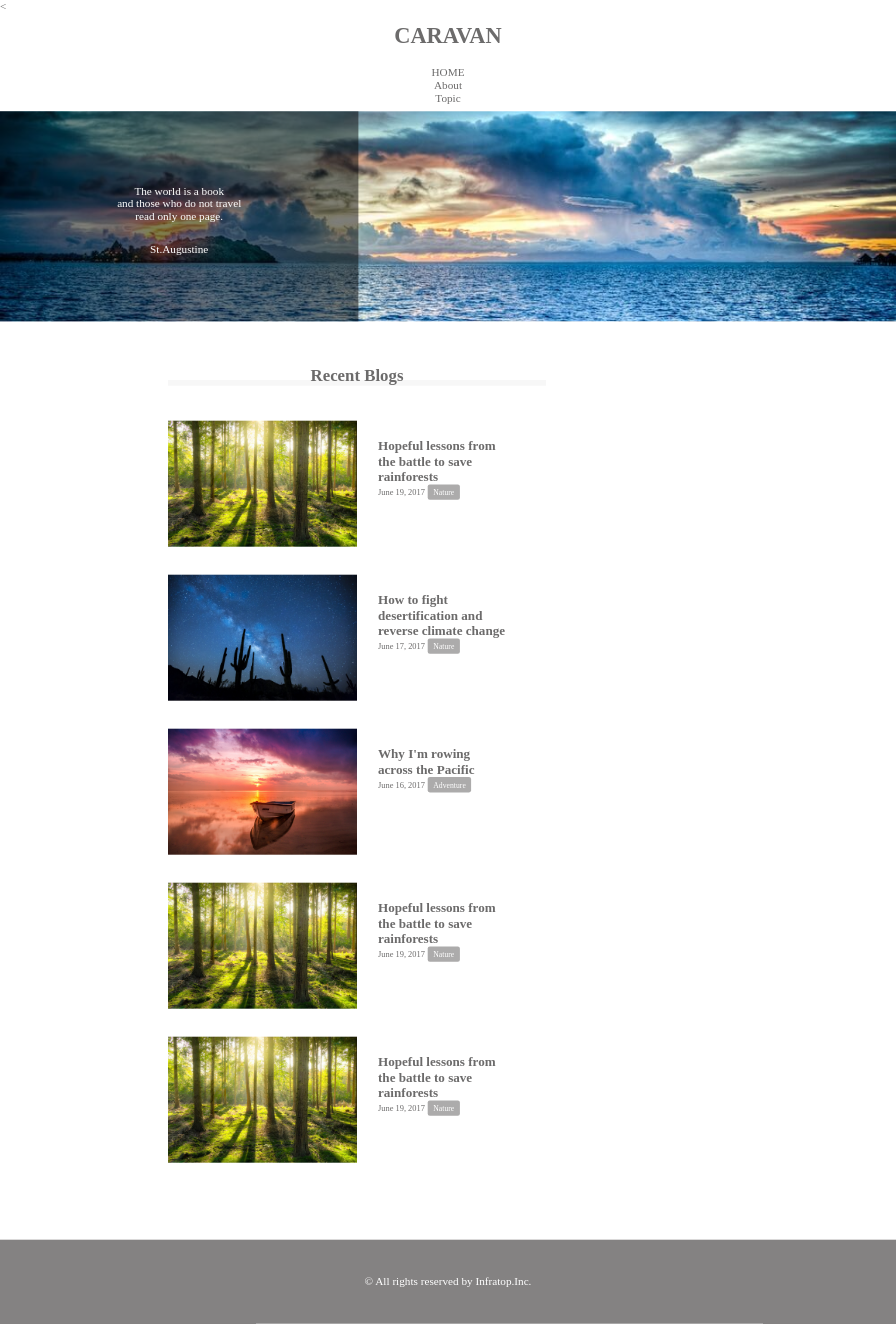
Repository: YabuYoshi/Bookers1
Page: carvan/index.html
The author's editor kept a record of every edit. The page is drawn from the files as they stood at one moment, then again after the next edit.
The browser window is 1280 px wide. The pictures show the whole page, at 70% of full size.

Above is the page before.

After the next edit:
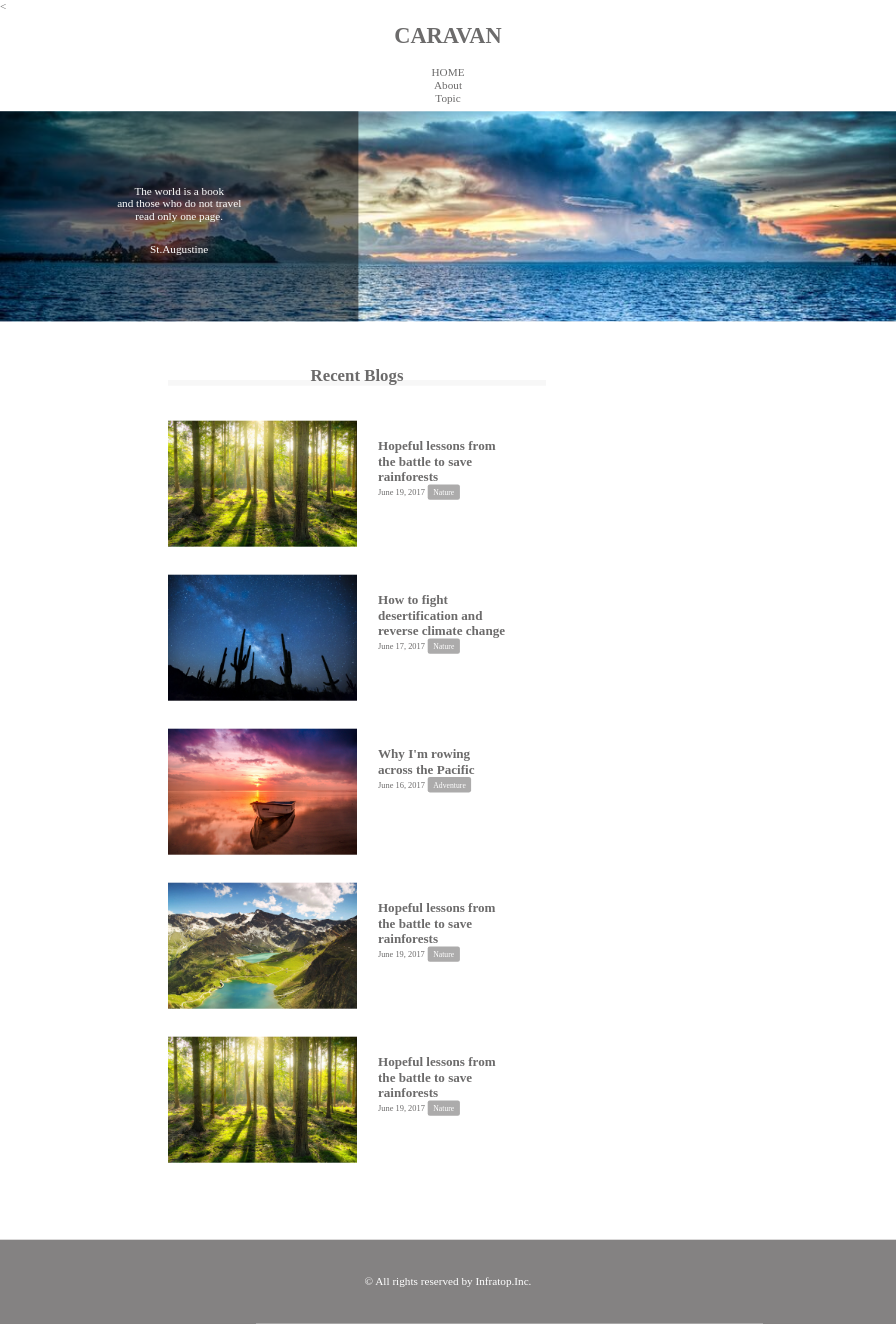
The edit:
--- a/carvan/index.html
+++ b/carvan/index.html
@@ -89,7 +89,7 @@
          </div>
 
         <div class="blog-item">
-          <img class="blog-image" src="img/img/forest.jpg">
+          <img class="blog-image" src="img/img/italy.jpg">
           <section class="blog-text">
             <h3>
               <a href="single.html">
